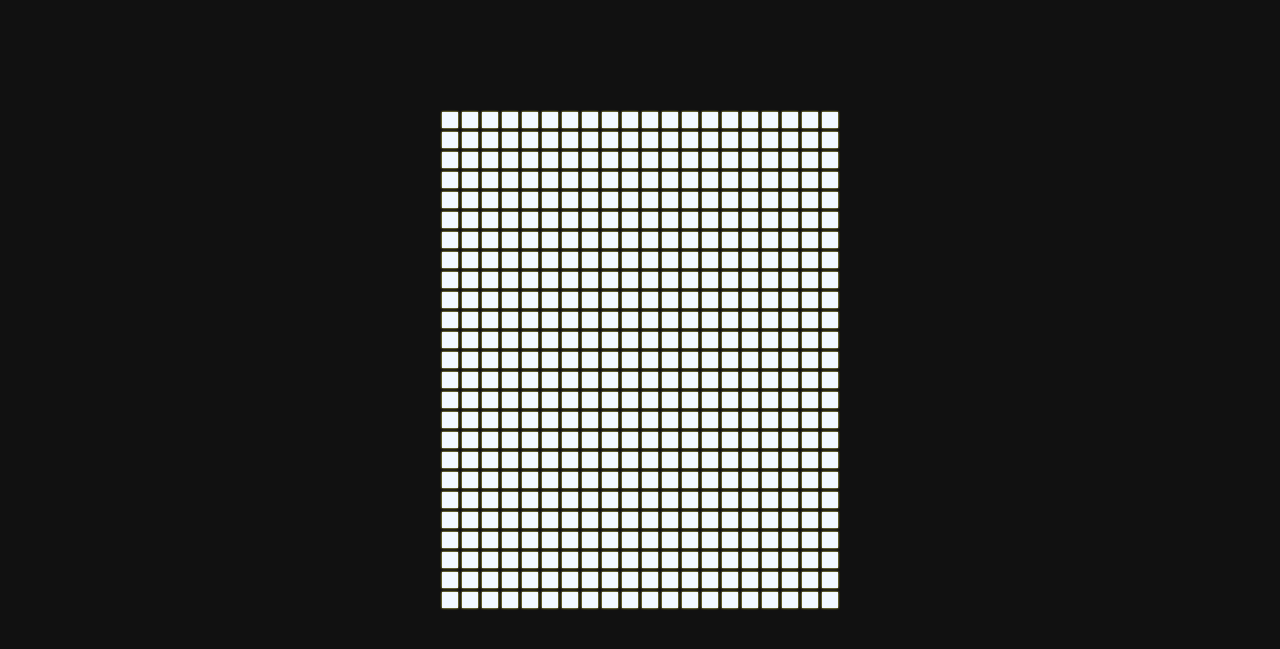
Repository: MorgunovaAlexandra/board-hover
Page: index.html
These files come from the project's save history. The page is drawn as it stood at one moment and after a run of saves; the edit follows.
The browser window is 1280 px wide. The pictures show the whole page.

Above is the page before, as saved 2022-07-01 15:04:11.

### index.html

<!DOCTYPE html>
<html lang="en">
<head>
  <meta charset="UTF-8" />
  <meta name="viewport" content="width=device-width, initial-scale=1.0" />
  <link rel="stylesheet" href="styles.css" />
  <title>Доска | Проект 4</title>
</head>
<body>
<div class="container" id="board">

</div>
<script src="./app.js"></script>
</body>
</html>

### styles.css
* {
  box-sizing: border-box;
}

body {
  background-color: #111;
  display: flex;
  align-items: center;
  justify-content: center;
  height: 100vh;
  overflow: hidden;
  margin: 0;
}
.container{
  display: flex;
  justify-content: center;
  align-items: center;
  flex-wrap: wrap;
  max-width: 400px;
}
.square{
width: 16px;
height: 16px;
background-color: aliceblue;
margin: 2px;
box-shadow: 0 0 2px rgb(255, 250, 99);
transition:  2s ease;
}
.square:hover{
  transition-duration:0s ;
}

### app.js
const board=document.querySelector('#board')
const colors=['rgb(93, 140, 176)','rgb(147, 124, 229)','rgb(242, 136, 213)','rgb(237, 106, 106)','rgb(255, 99, 172)','rgb(99, 255, 172)','rgb(255, 250, 99)',]
const SQUERS_NUMBER=500;
for(let i=0;i<SQUERS_NUMBER;i++){
    const squre=document.createElement('div');
    squre.classList.add('square');
    squre.addEventListener('mousemove',()=>{
        setColor(squre)
    })
    squre.addEventListener('mouseleave',()=>{
      removeColor(squre)
    })
    board.append(squre)
}
function setColor(element){
    const color=getColor()
    element.style.backgroundColor=color
    element.style.boxShadow=`0 0 2px ${color}, 0 0 10px ${color} `
}
function removeColor(element){
    element.style.backgroundColor='aliceblue';
    element.style.boxShadow='0 0 2px black';
}
function getColor(){
    const index=Math.floor(Math.random()*colors.length)
    return colors[index]
}

After the next 2 saves:
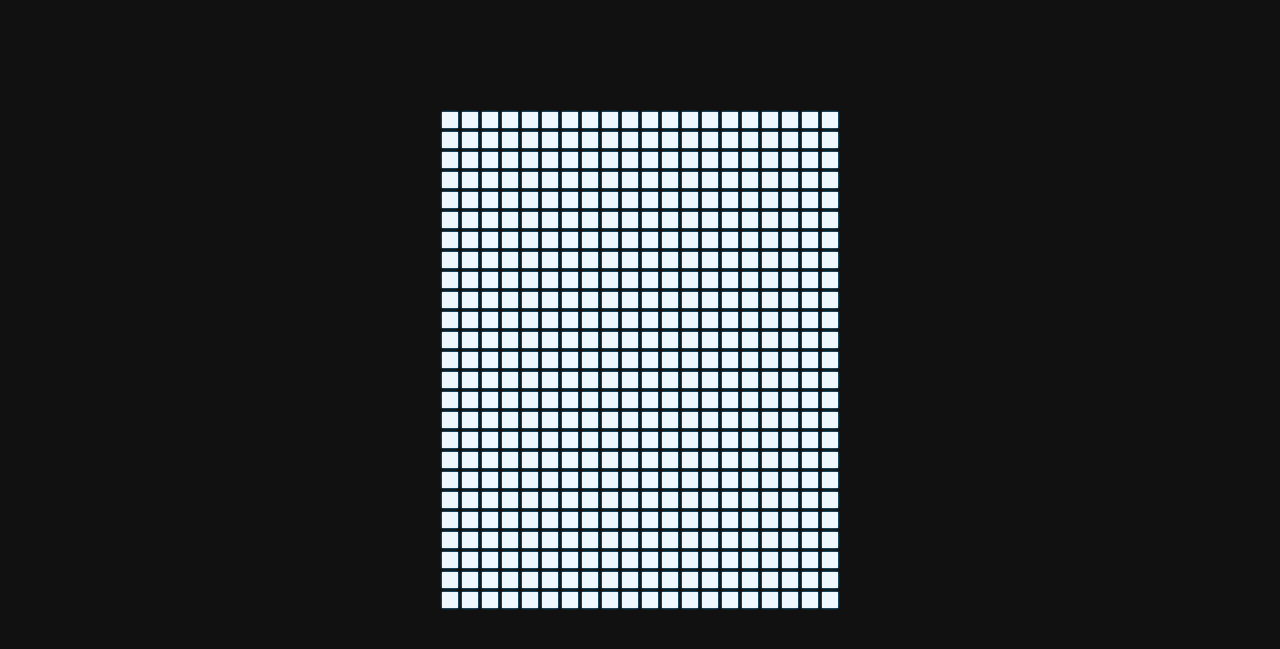
The 2 saves are shown as one change because they came seconds apart.
The last was saved 10 s later.
--- a/styles.css
+++ b/styles.css
@@ -23,7 +23,7 @@ width: 16px;
 height: 16px;
 background-color: aliceblue;
 margin: 2px;
-box-shadow: 0 0 2px rgb(255, 250, 99);
+box-shadow: 0 0 2px rgb(51, 177, 255);
 transition:  2s ease;
 }
 .square:hover{
